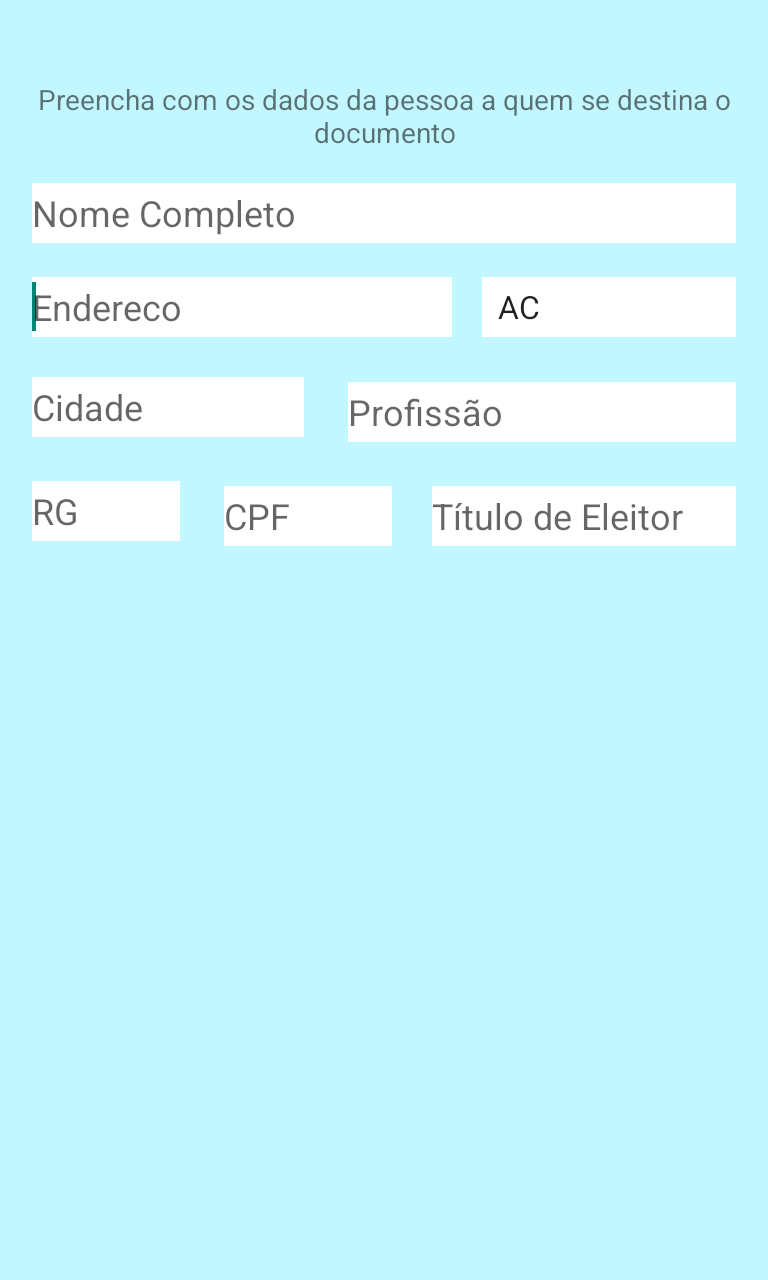
Repository: pdelfino/Projeto-livre
Layout: Protesto Livre/ProtestoLivre/res/layout/fragment_tela05.xml
An editor plug-in stored every save of this project. The layout is shown before and after a run of saves, followed by the edit.
It is drawn on a 768 x 1280 px phone screen (xhdpi) without system bars, with theme AppTheme; the app's code is not run.

Above is the layout before, as saved 2014-05-29 00:59:51.

### Protesto Livre/ProtestoLivre/res/layout/fragment_tela05.xml
<RelativeLayout xmlns:android="http://schemas.android.com/apk/res/android"
    xmlns:tools="http://schemas.android.com/tools"
    android:layout_width="match_parent"
    android:layout_height="match_parent"
    android:background="#C2F7FF"
    android:paddingBottom="@dimen/activity_vertical_margin"
    android:paddingLeft="@dimen/activity_horizontal_margin"
    android:paddingRight="@dimen/activity_horizontal_margin"
    android:paddingTop="@dimen/activity_vertical_margin"
    tools:context="br.sp.protestolivre.Tela05$PlaceholderFragment" >

    <TextView
        android:id="@+id/textView1"
        android:layout_width="wrap_content"
        android:layout_height="wrap_content"
        android:layout_alignParentTop="true"
        android:layout_centerHorizontal="true"
        android:layout_marginTop="24dp"
        android:gravity="center"
        android:text="Preencha com os dados da pessoa a quem se destina o documento" />

    <EditText
        android:id="@+id/nome"
        android:layout_width="wrap_content"
        android:layout_height="30dp"
        android:layout_alignLeft="@+id/textView1"
        android:layout_alignRight="@+id/textView1"
        android:layout_below="@+id/textView1"
        android:layout_marginTop="16dp"
        android:background="#ffffff"
        android:ems="10"
        android:hint="Nome Completo"
        android:inputType="textPersonName" />

    <EditText
        android:id="@+id/endereco"
        android:layout_width="wrap_content"
        android:layout_height="30dp"
        android:layout_alignLeft="@+id/nome"
        android:layout_below="@+id/nome"
        android:layout_marginTop="17dp"
        android:background="#ffffff"
        android:ems="10"
        android:hint="Endereco" >

        <requestFocus />
    </EditText>

    <Spinner
        android:id="@+id/spinner1"
        android:layout_width="match_parent"
        android:layout_height="30dp"
        android:layout_alignRight="@+id/nome"
        android:layout_alignTop="@+id/endereco"
        android:layout_marginLeft="15dp"
        android:layout_toRightOf="@+id/endereco"
        android:background="#ffffff"
        android:entries="@array/estados"
        android:spinnerMode="dropdown" />

    <EditText
        android:id="@+id/cidade"
        android:layout_width="wrap_content"
        android:layout_height="30dp"
        android:layout_alignRight="@+id/endereco"
        android:layout_below="@+id/endereco"
        android:layout_marginRight="74dp"
        android:layout_marginTop="20dp"
        android:background="#ffffff"
        android:ems="10"
        android:hint="Cidade" />

    <EditText
        android:id="@+id/profissao"
        android:layout_width="wrap_content"
        android:layout_height="30dp"
        android:layout_alignBaseline="@+id/cidade"
        android:layout_alignBottom="@+id/cidade"
        android:layout_alignLeft="@+id/cidade"
        android:layout_alignParentRight="true"
        android:layout_marginLeft="158dp"
        android:background="#ffffff"
        android:ems="10"
        android:hint="Profissão" />

    <EditText
        android:id="@+id/rg"
        android:layout_width="wrap_content"
        android:layout_height="30dp"
        android:layout_alignLeft="@+id/cidade"
        android:layout_alignRight="@+id/cidade"
        android:layout_below="@+id/cidade"
        android:layout_marginRight="62dp"
        android:layout_marginTop="22dp"
        android:background="#ffffff"
        android:ems="10"
        android:hint="RG" />

    <EditText
        android:id="@+id/cpf"
        android:layout_width="wrap_content"
        android:layout_height="30dp"
        android:layout_alignBaseline="@+id/rg"
        android:layout_alignBottom="@+id/rg"
        android:layout_alignLeft="@+id/rg"
        android:layout_alignRight="@+id/endereco"
        android:layout_marginLeft="96dp"
        android:layout_marginRight="30dp"
        android:background="#ffffff"
        android:ems="10"
        android:hint="CPF" />

    <EditText
        android:id="@+id/titulo"
        android:layout_width="wrap_content"
        android:layout_height="30dp"
        android:layout_alignBaseline="@+id/rg"
        android:layout_alignBottom="@+id/rg"
        android:layout_alignLeft="@+id/profissao"
        android:layout_alignRight="@+id/profissao"
        android:layout_marginLeft="42dp"
        android:background="#ffffff"
        android:ems="10"
        android:hint="Título de Eleitor" />

</RelativeLayout>

### Protesto Livre/ProtestoLivre/res/values/strings.xml
<?xml version="1.0" encoding="utf-8"?>
<resources>

    <string name="app_name">Protesto Livre</string>
    <string name="hello_world">Hello world!</string>
    <string name="action_settings">Settings</string>
    <string name="title_activity_tela04">Tela04</string>
    <string name="title_activity_tela05">Tela05</string>
	<string-array name="estados">
        <item>AC</item>
		<item>AL</item>
		<item>AP</item>
		<item>AM</item>
		<item>BA</item>
		<item>CE</item>
		<item>DF</item>
		<item>ES</item>
		<item>GO</item>
		<item>MA</item>
		<item>MT</item>
		<item>MS</item>
		<item>MG</item>
		<item>PA</item>
		<item>PB</item>
		<item>PR</item>
		<item>PE</item>
		<item>PI</item>
		<item>RJ</item>
		<item>RN</item>
		<item>RS</item>
		<item>RO</item>
		<item>RR</item>
		<item>SC</item>
		<item>SP</item>
		<item>SE</item>
		<item>TO</item>
    </string-array>
</resources>

Loaded but not shown: Protesto Livre/ProtestoLivre/res/values/styles.xml (common file); Protesto Livre/ProtestoLivre/res/values-v11/styles.xml (common file); Protesto Livre/ProtestoLivre/res/values-v14/styles.xml (common file); Protesto Livre/ProtestoLivre/res/values/dimens.xml (common file); Protesto Livre/ProtestoLivre/res/values-w820dp/dimens.xml (common file)

After the next 2 saves:
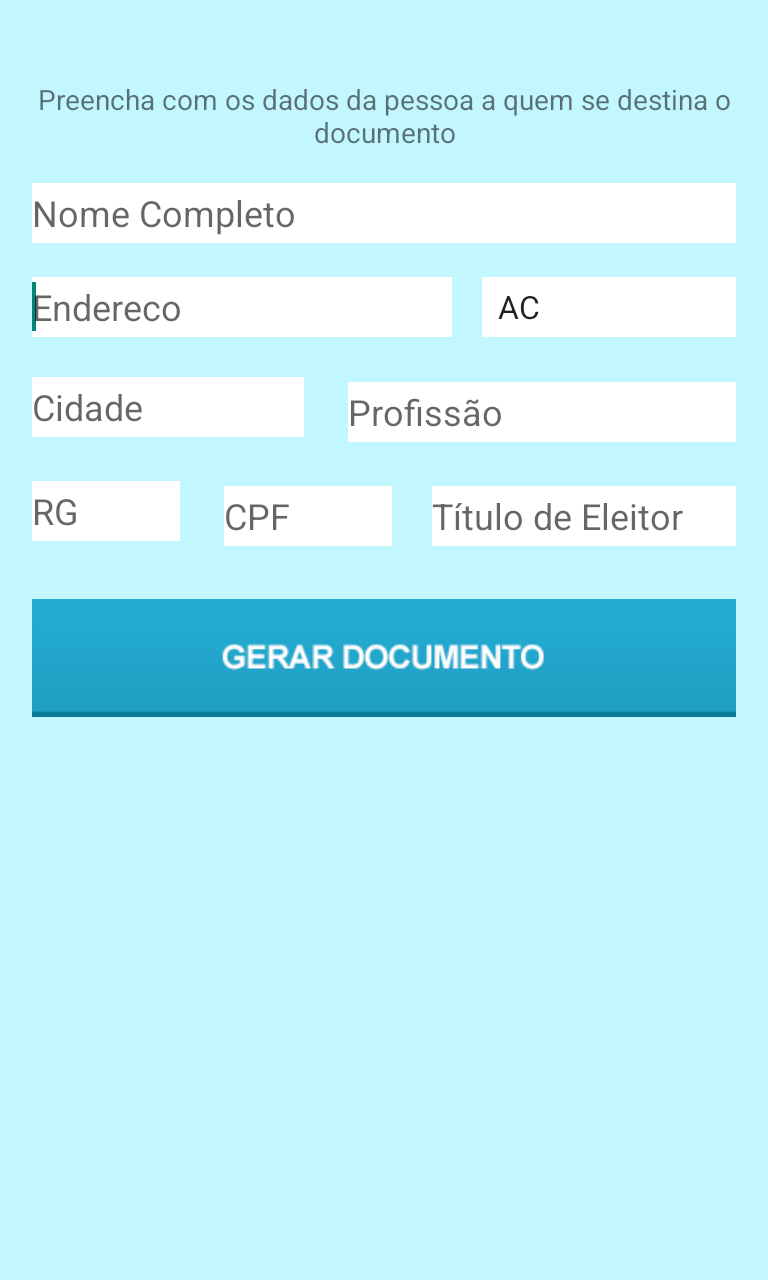
The 2 saves are shown as one change because 1 did not build or start.
The last was saved 5 min 1 s later.
--- a/Protesto Livre/ProtestoLivre/res/layout/fragment_tela05.xml
+++ b/Protesto Livre/ProtestoLivre/res/layout/fragment_tela05.xml
@@ -123,4 +123,13 @@
         android:ems="10"
         android:hint="Título de Eleitor" />
 
+    <ImageView
+        android:id="@+id/imageView1"
+        android:layout_width="wrap_content"
+        android:layout_height="wrap_content"
+        android:layout_alignLeft="@+id/rg"
+        android:layout_below="@+id/rg"
+        android:layout_marginTop="22dp"
+        android:src="@drawable/gerar" />
+
 </RelativeLayout>
